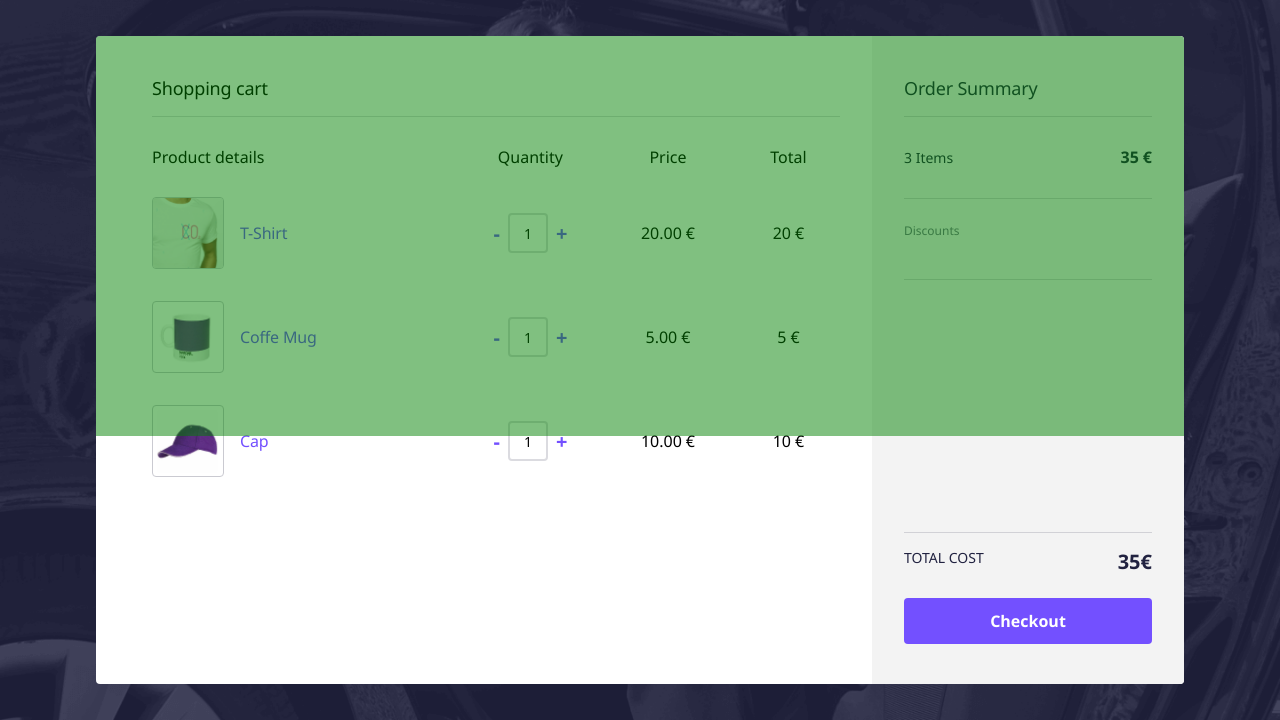
Repository: banchiec/challengecbfy
Page: /
These files come from the project's save history. The page is drawn as it stood at one moment and after the next save; the edit follows.
The browser window is 1280 px wide. The pictures show the whole page.
Some web fonts or font styles are not loaded; a fallback is used. The project was rebuilt for these pictures with package versions that can differ from the ones it lists, and the page was loaded fresh each time. Also part of the build but not shown: craco.config.js.

Above is the page before, as saved 2021-12-11 01:18:07.

After the next save:
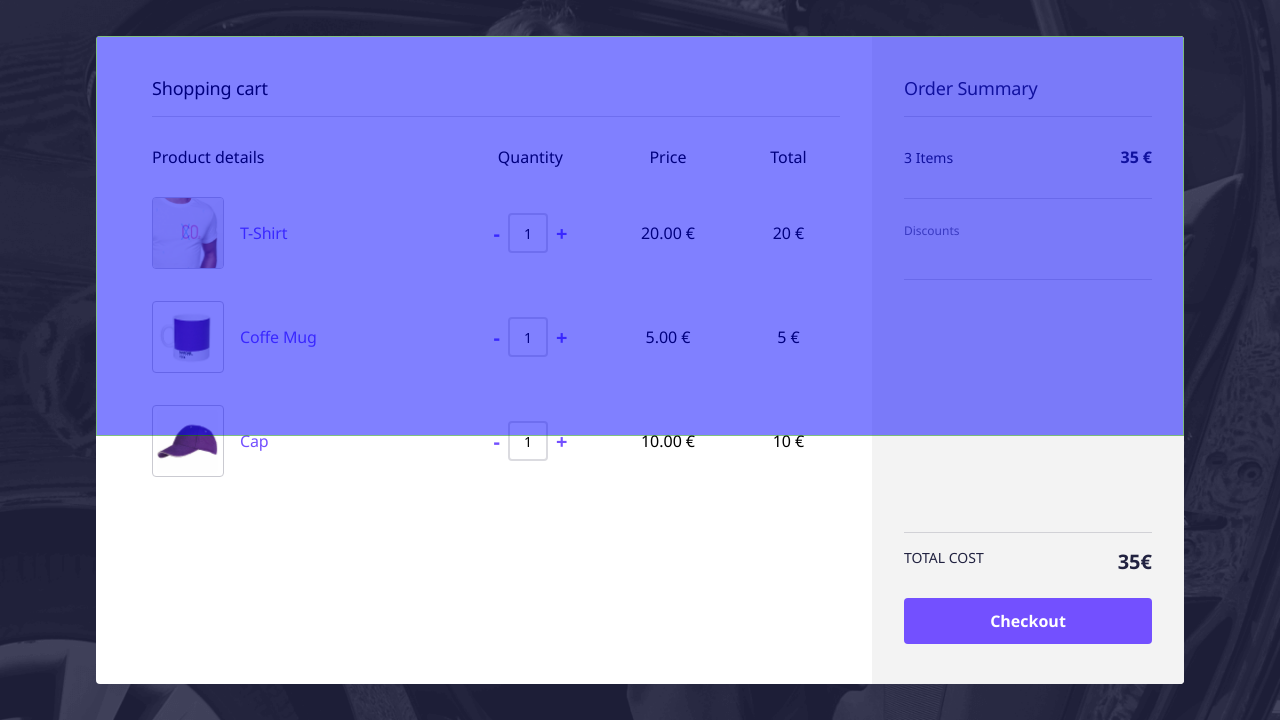
Saved 10 s later.
--- a/src/App.css
+++ b/src/App.css
@@ -494,7 +494,7 @@ input {
   width: 1088px;
   height: 400px;
   z-index: 1;
-  background-color: green;
+  background-color: blue;
   opacity: .5;
   /* left: 176px; */
   /* top: 126px; */
